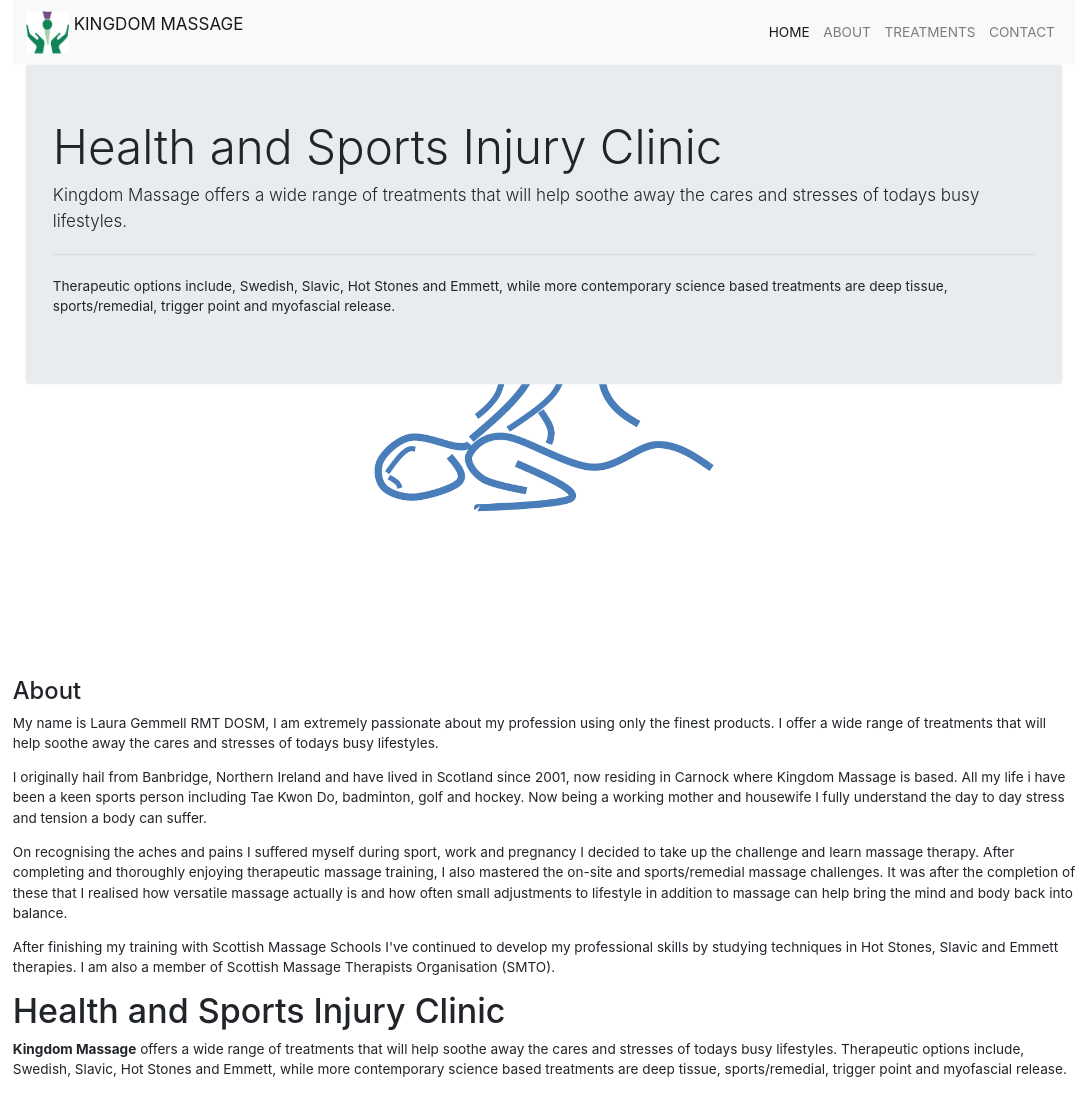
Repository: dalecars/User-Centric-Frontend-Development-Milestone-Project
Page: index.html
The author's editor kept a record of every edit. The page is drawn from the files as they stood at one moment, then again after the next edit.
The browser window is 1280 px wide. The pictures show the whole page, at 85% of full size.
Backgrounds fixed to the window are drawn as part of the page.

Above is the page before.

### index.html
<!DOCTYPE html>
<html lang="en">
<head>
    <meta charset="UTF-8">
    <meta name="viewport" content="width=device-width, initial-scale=1.0">
    <meta http-equiv="X-UA-Compatible" content="ie=edge">
    <link rel="stylesheet" href="https://maxcdn.bootstrapcdn.com/bootstrap/4.1.3/css/bootstrap.min.css">
    <link rel="stylesheet" href="assets/css/style.css" type="text/css" />
    <title>Kingdom Massage</title>
</head>
<body>

<!-- ########### Header ########### -->

    <header class="container-fluid">
        <nav class="navbar navbar-expand-lg navbar-light bg-light navbar-fixed-top">
            <a class="navbar-brand" href="#">
                <img src="assets/images/logo.jpg" width="50" height="50" class="d-inline-block align-top" alt="logo">
                Kingdom Massage
            </a>


            <button class="navbar-toggler" type="button" data-toggle="collapse" data-target="#navbarNavDropdown" aria-controls="navbarNavDropdown" aria-expanded="false" aria-label="Toggle navigation">
                <span class="navbar-toggler-icon"></span>
            </button>

            <div class="collapse navbar-collapse" id="navbarNavDropdown">
                <div class="navbar-nav ml-auto">
                    <a class="nav-item nav-link active" href="#">Home <span class="sr-only">(current)</span></a>
                    <a class="nav-item nav-link" href="#">About</a>
                    <a class="nav-item nav-link" href="#">Treatments</a>
                    <a class="nav-item nav-link" href="#">Contact</a>
                </div>
            </div>
        </nav>

        <div class="container-fluid top-container">
            <div class="jumbotron">
                <h1 class="display-4">Health and Sports Injury Clinic</h1>
                <p class="lead">Kingdom Massage offers a wide range of treatments that will help soothe away the cares and stresses of todays busy lifestyles.</p>
                <hr class="my-4">
                <p>Therapeutic options include, Swedish, Slavic, Hot Stones and Emmett, while more contemporary science based treatments are deep tissue, sports/remedial, trigger point and myofascial release.</p>
            </div>
        </div>
     </header>

<!-- ########### About section ########### -->

    <section id="about">
        <div class="container-fluid about-container">
            <h3>About</h3>
            <p>My name is Laura Gemmell RMT DOSM, I am extremely passionate about my profession using only the finest products. I offer a wide range of treatments
            that will help soothe away the cares and stresses of todays busy lifestyles.</p>

            <p>I originally hail from Banbridge, Northern Ireland and have lived in Scotland since 2001, now residing in Carnock where Kingdom Massage is based.
            All my life i have been a keen sports person including Tae Kwon Do, badminton, golf and hockey. Now being a working mother and housewife I fully
            understand the day to day stress and tension a body can suffer.</p>

            <p>On recognising the aches and pains I suffered myself during sport, work and pregnancy I decided to take up the challenge and learn massage therapy.
            After completing and thoroughly enjoying therapeutic massage training, I also mastered the on-site and sports/remedial massage challenges. It was after
            the completion of these that I realised how versatile massage actually is and how often small adjustments to lifestyle in addition to massage can help
            bring the mind and body back into balance.</p>

            <p>After finishing my training with Scottish Massage Schools I've continued to develop my professional skills by studying techniques in Hot Stones,
            Slavic and Emmett therapies. I am also a member of Scottish Massage Therapists Organisation (SMTO).</p>
        </div>
    </section>


 <!-- ########### Treatmeant section ########### -->

     <section id="treatments">
        <div class="container-fluid about-container">
                <div class="title">
                    <h1>Health and Sports Injury Clinic</h3>
                </div>
                <div class="description">
                    <p><Strong>Kingdom Massage</strong> offers a wide range of treatments that will help soothe away the cares and stresses of todays busy
                    lifestyles. Therapeutic options include, Swedish, Slavic, Hot Stones and Emmett, while more contemporary science based treatments are deep tissue,
                    sports/remedial, trigger point and myofascial release.</p>
                </div>
        </div>
    </section>


  <!-- ########### Footer ########### -->

    <footer>
        <script src="https://code.jquery.com/jquery-3.3.1.slim.min.js" integrity="sha384-q8i/X+965DzO0rT7abK41JStQIAqVgRVzpbzo5smXKp4YfRvH+8abtTE1Pi6jizo" crossorigin="anonymous"></script>
        <script src="https://cdnjs.cloudflare.com/ajax/libs/popper.js/1.14.7/umd/popper.min.js" integrity="sha384-UO2eT0CpHqdSJQ6hJty5KVphtPhzWj9WO1clHTMGa3JDZwrnQq4sF86dIHNDz0W1" crossorigin="anonymous"></script>
        <script src="https://stackpath.bootstrapcdn.com/bootstrap/4.3.1/js/bootstrap.min.js" integrity="sha384-JjSmVgyd0p3pXB1rRibZUAYoIIy6OrQ6VrjIEaFf/nJGzIxFDsf4x0xIM+B07jRM" crossorigin="anonymous"></script>
    </footer>

 </body>
</html>

### assets/css/style.css
body {
    margin: 0px;
    padding-top: 0px;
}


/* navbar */

.navbar {
    background: none;
    text-transform: uppercase;
}

.navbar-nav {
    text-align: right;
}



.top-container {
    height: 100vh;
    background: url("../images/massage-background.png") no-repeat center center fixed;
    -webkit-background-size: cover;
    -moz-background-size: cover;
    -o-background-size: cover;
    background-size: cover;
}

.title-container {
    background-color: transparent;
}

.title {

}

.description {

}

After the next edit:
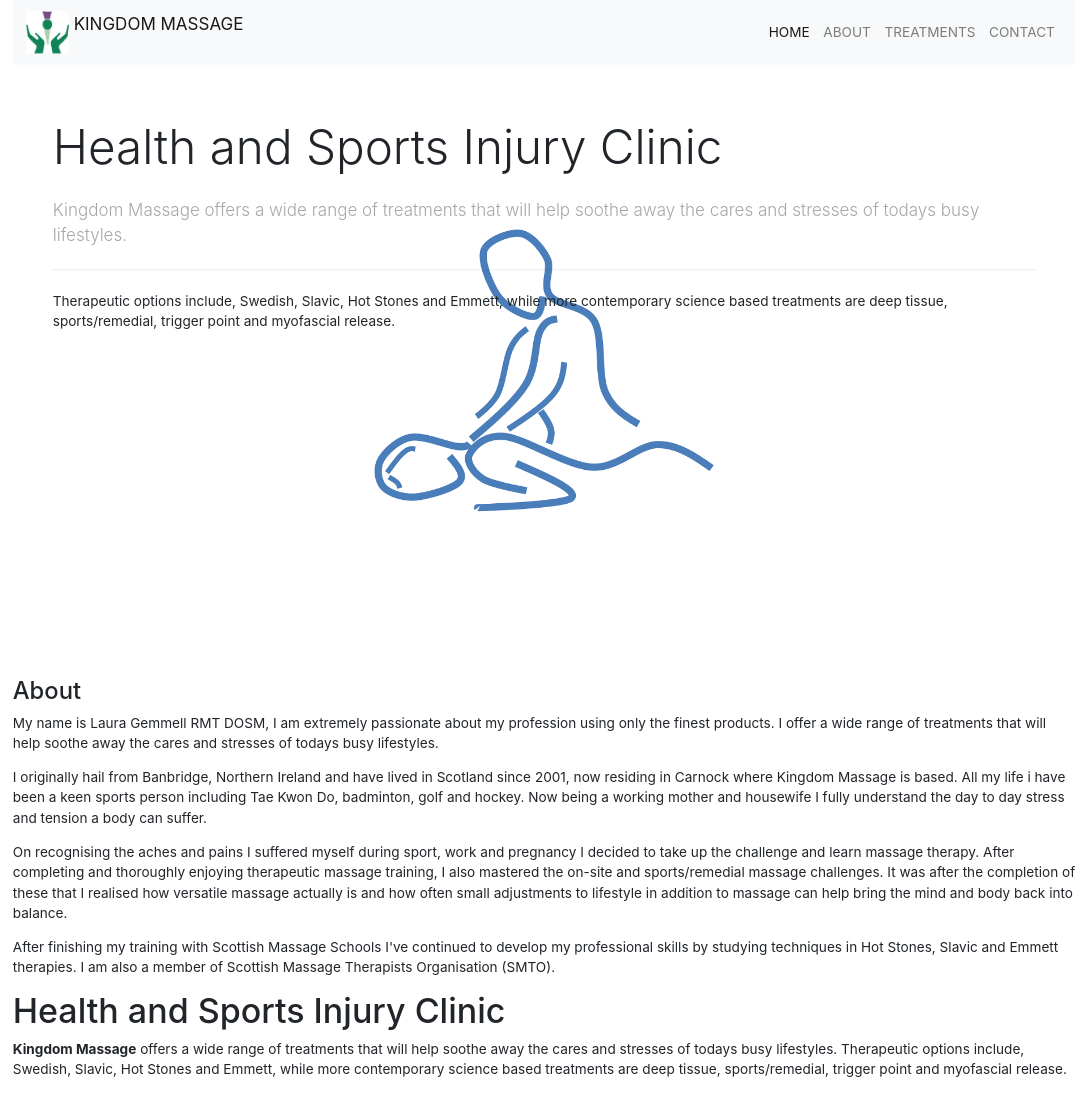
The edit:
--- a/assets/css/style.css
+++ b/assets/css/style.css
@@ -13,6 +13,31 @@
 
 .navbar-nav {
     text-align: right;
+}
+
+
+
+/* jumbotron */
+
+.jumbotron {
+    background-color: transparent;
+}
+
+.jumbotron-header {
+    color: white;
+    font-weight: bold;
+    margin-bottom: 30px;
+}
+
+.jumbotron small {
+    font-size: 60%;
+    font-style: italic;
+    color: #d0d0d0;
+}
+
+.jumbotron .lead {
+    margin: 25px 0;
+    color: #a7a7a7;
 }
 
 
